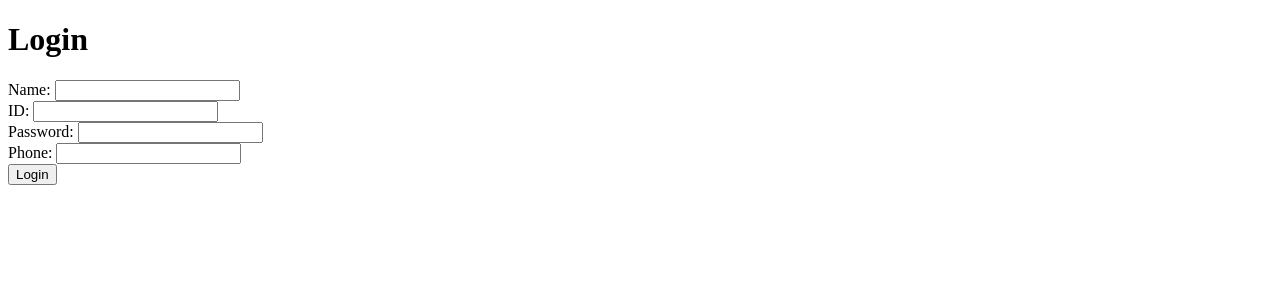
Repository: i-kemen/jsp
Page: WebTest/src/main/webapp/login.html
An editor plug-in stored every save of this project. The page is shown before and after the next save, followed by the edit.
The browser window is 1280 px wide. The pictures show the whole page.

Above is the page before, as saved 2023-06-22 10:00:07.

After the next save:
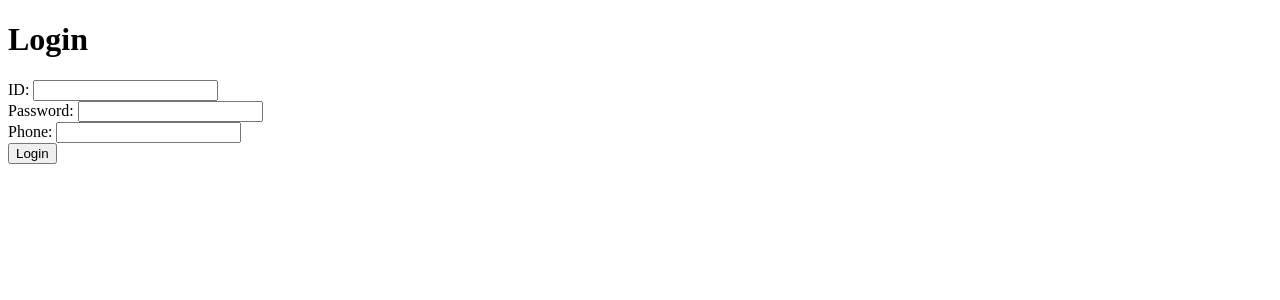
Saved 25 s later.
--- a/WebTest/src/main/webapp/login.html
+++ b/WebTest/src/main/webapp/login.html
@@ -7,8 +7,6 @@
 <body>
     <h1>Login</h1>
    <form method="post" action="LoginOk">
-        <label for="name">Name:</label>
-        <input type="text" id="name" name="name" required><br/>
 
         <label for="id">ID:</label>
         <input type="text" id="id" name="id" required><br/>
